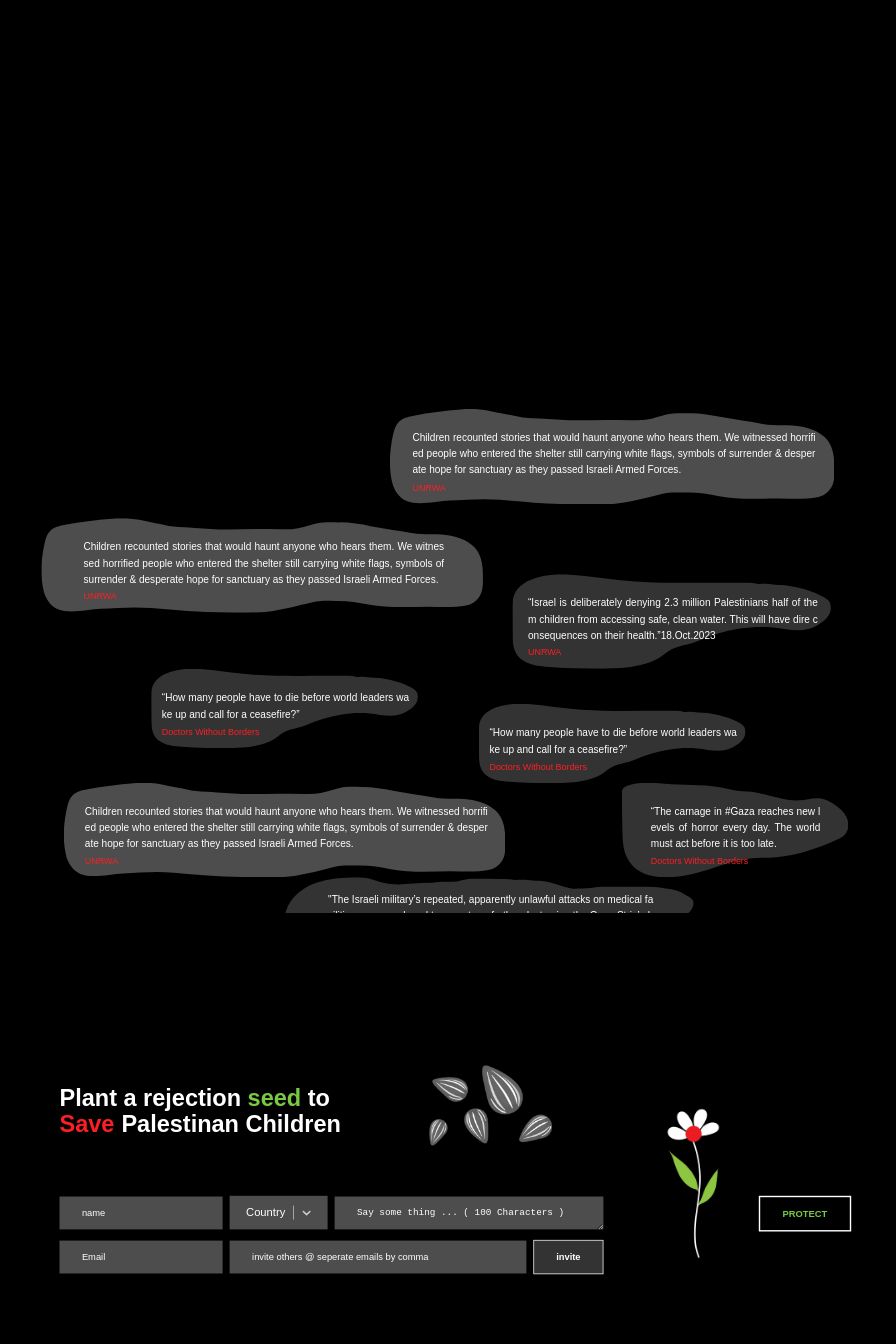
Repository: nezarko/image-drop-app
Page: /
An editor plug-in stored every save of this project. The page is shown before and after a run of saves, followed by the edit.
The browser window is 1280 px wide. The pictures show the part of the page from y = 1736 to 3656 px (the page is 3656 px tall before and 2020 px after), at 70% of full size.
The page's requests for data from a server got no answer. Some web fonts or font styles are not loaded; a fallback is used. The project was rebuilt for these pictures with package versions that can differ from the ones it lists, and the page was loaded fresh each time. No one was signed in, and anything a server would have sent is missing. Also part of the build but not shown: vite.config.js, src/Common/Store.js, src/assets/css/image.css, src/Components/Image.jsx, src/dataBase/config.js, src/Components/Section.js.

Above is the page before, as saved 2023-11-28 03:21:55.

### index.html
<!DOCTYPE html>
<html lang="en">

<head>
  <meta charset="utf-8" />
  <link rel="icon" href="favicon.ico" />
  <meta name="viewport" content="width=device-width, initial-scale=1" />
  <meta name="theme-color" content="#000000" />
  <meta name="description" content="Web site created using create-react-app" />
  <link rel="apple-touch-icon" href="logo192.png" />
  <!--
      manifest.json provides metadata used when your web app is installed on a
      user's mobile device or desktop. See https://developers.google.com/web/fundamentals/web-app-manifest/
    -->
  <!-- <link rel="manifest" href="%PUBLIC_URL%/manifest.json" /> -->

  <!-- <link rel="stylesheet" href="%PUBLIC_URL%/locomotive-scroll.css"> -->
  <!--
      Notice the use of %PUBLIC_URL% in the tags above.
      It will be replaced with the URL of the `public` folder during the build.
      Only files inside the `public` folder can be referenced from the HTML.

      Unlike "/favicon.ico" or "favicon.ico", "%PUBLIC_URL%/favicon.ico" will
      work correctly both with client-side routing and a non-root public URL.
      Learn how to configure a non-root public URL by running `npm run build`.
    -->
  <title>React App</title>
</head>

<body>
  <noscript>You need to enable JavaScript to run this app.</noscript>
  <div id="root"></div>
  <!--
      This HTML file is a template.
      If you open it directly in the browser, you will see an empty page.

      You can add webfonts, meta tags, or analytics to this file.
      The build step will place the bundled scripts into the <body> tag.

      To begin the development, run `npm start` or `yarn start`.
      To create a production bundle, use `npm run build` or `yarn build`.
    -->

    <script type="module" src="/src/index.jsx"></script>

</body>



</html>

### src/index.jsx
import React from "react";
import ReactDOM from "react-dom/client";
import "./App.css";
import App from "./App";
import reportWebVitals from "./reportWebVitals";

// Globa primtive class injecction : Future feauute , create Dependicy ijection and factory pattren.
String.prototype.wordCount = function () {
  return (this.length && this.split(/\s+\b/).length) || 0;
};



const root = ReactDOM.createRoot(document.getElementById("root"));
root.render(<App />);

// If you want to start measuring performance in your app, pass a function
// to log results (for example: reportWebVitals(console.log))
// or send to an analytics endpoint. Learn more: https://bit.ly/CRA-vitals
reportWebVitals();

### src/App.jsx
import React, { useEffect, useRef, useCallback, useLayoutEffect, useState } from "react";

import "./App.css";
import Section from "./Components/Section";
import DropedSection from "./Components/dropedSection";
import Suspence from "./Components/Suspence";
import { obserCallback, attache_observer, fall } from "./Common/functions";
import { getDocs } from "firebase/firestore";
import { roses } from "../firebase";
import LocomotiveScroll from "locomotive-scroll";
import Header from "./Components/Header";
// import { Comments } from "./Components/Comments";

import Comments from "./Components/Comments";
import Form from "./Components/Form";
/**
 *
 * App map
 *
 * Loading screen
 * Sections > Section > date + Person > Image + info  > tooltip
 * DropSection > Sections > section > Perosn
 *FIXME: change state of section in order to render once
  TODO:  add initial state to app in order to activate susbnce loading component
  TODO: level up state of dropsection and sections ref
  TODO: reomve adding section side effect in order to reduce rendering count
 */

function App() {
  const [init, setInit] = React.useState(false);
  const [sections, setSections] = React.useState([]);
  // dates
  //uw7o1b7pqfohc7sewcopqptnnrn93ec66z9tad0g
  const sectionsContainerRef = useRef(null);
  const sectionsRef = useRef([]);

  // initlize app data and states
  useEffect(() => {
    if (init && sectionsRef.current.length === sections.length) {

      const { height: _s_h } = sectionsContainerRef.current.getBoundingClientRect();
      const observer = new IntersectionObserver(obserCallback, {
        threshold: 0.9,
        // root:sectionsContainerRef.current,
        // rootMargin: "0px 0px -300px 0px",
      });


      // section distance from its postion to bottom of its parrent =
      // distance from top - parent section height ;



      sectionsRef.current.forEach((section) => {
        attache_observer(section, observer);
        const { top  , height} = section.getBoundingClientRect();

        const _f = top > _s_h ? "100vh" :( _s_h - top) + 'px';
        section.style.setProperty("--fall-distance", _f);
      });

      const lscrol = new LocomotiveScroll();

    }
  }, [init]);

  useEffect(() => {
    //FIXME: delete this side effect ;
    async function f() {
      const $docs = await getDocs(roses);
      const $data = new Promise((resolve) => {
        let a = $docs.docs
          .map((doc) => {
            const { date, numberOfRoses, ...$doc } = doc.data();
            return {
              date: date,
              numberOfRoses: numberOfRoses,
              dataPerson: $doc,
            };
          })
          .sort((a, b) => {
            const dateA = new Date(a.date);
            const dateB = new Date(b.date);

            return dateA - dateB;
          });

        resolve(a);
      }).then((r) => {
        let s = r.splice(1 , r.lenght - 3)
        setSections(r)
      });
    }
    f();


  }, []);

  useEffect(() => {
    if (sections.length) {

      setInit(true);


    }
  }, [sections]);
  //TODO: CREATE INITLIZE STATE FOR THE APP, get to kno when app is ready
  //TODO: observe each section when its in view port fall person
  // when all section flowers had fallen applay animation to drop section
  // Issue, Queue each section

  useEffect(() => {
    console.log('component mountrd')

    return  () => console.log("App unmounted")
  },[init , sections])
  return (
    <div className="App">
      <Header />
      <Suspence show={!init} />

      <div
        className="sections"
        ref={sectionsContainerRef}
        style={{
          "--parent-sections-h": 1,
        }}
      >
        {init &&
          sections.map((section, index) => (
            <Section
              key={crypto.randomUUID()}
              ref={(el) => (sectionsRef.current[index] = el)}
              sectionIndex={index}
              section={section}
              height={(100 + section.dataPerson.roses.length) * 1.2}
              // data-scroll
              // data-scroll-speed="0.3"
              // data-scroll-call="scrollEvent"
              // data-scroll-ofsset="200px , 0"
            />
          ))}

      </div>
      <DropedSection sections={sections} />
      <Comments />
        <Form />
    </div>
  );
}

export default App;

// Nizar phone : 0597265683

// Nizar email :  n.ediesat@storyme.info

### src/assets/css/utils.css
.col-11 {
    width: 100%;
}

.col-10 {
    width: 90%;
}

.col-9 {
    width: 80%;
}

.col-8 {
    width: 70%;
}

.col-7 {
    width: 60%;
}


.col-6 {
    width: 50%;
}

.col-5 {
    width: 40%;
}

.col-4 {
    width: 30%;
}

.col-3 {
    width: 20%;
}

.col-2 {
    width: 10%;
}

.col-1 {
    width: 1%;
}

.offset-5 {
    margin-left: 50%;
}

.offset-4 {
    margin-left: 40%;
}


.offset-3 {
    margin-left: 30%;
}

.offset-1 {
    margin-left: 5%;
}

.offset-2 {
    margin-left: 10%;
}

.pull-1 {
    margin-right: 5%;
}

.pull-2 {
    margin-right: 10%;
}

.pull-3 {
    margin-right: 15%;
}

.flex {
    display: flex;
}

.items-end {
    justify-content: flex-end;
}

.ml-auto {
    margin-left: auto;
}

.pr-10 {
    padding-right: 10%;
}

.text-green-400{
    color:#7ac943;
}

.text-red-400{
    color: #ff1e25;
}
.gray-300{
 background-color: #4d4d4d;
}
/* Globals */

img{
    max-width: 100%;
    display: block;
    margin: 0 auto;
    height: auto;
}

/* Flex */

.align-baseline{
    align-items: baseline;
}

.justify-space-between{
    justify-content: space-between  ;
}

.justify-start {
    justify-content: flex-start;
}
.align-center {
    align-items: center;
}

.items-align-center{
    align-items: center;
}
.items-align-start{
    align-items: start;
}
.mb-5{
    margin-bottom: 15px;
}


.relative{
    position: relative;
}

### src/Components/Suspence.jsx
const Suspence = ({ show }) => {
  return (
    <>
      {show && (
        <div className="suscpence">
          <h3>Loading</h3>
        </div>
      )}
    </>
  );
};

export default Suspence;

### src/Components/Header.jsx
import React, { useRef } from 'react';
import '../assets/css/Header.css';
import logo from '../assets/imags/oo.png'

import scrollimg from "../assets/imags/scro.png";
import LocomotiveScroll from 'locomotive-scroll';
function Header() {

  // const loco = useRef(new LocomotiveScroll())
  // function s(target , o = {}) {
  //    loco.current.scrollTo(target , o)
  // }

  //   const scrollToBottom = () => {
  //     // Scroll to the bottom of the page
  //     window.scrollTo({ top: document.body.scrollHeight, behavior: "smooth" });
  //   };


  return (
    <div className="header">
      <div className="flower-container">
        <img src={logo} alt="flower" className="flower-image" />

        <img
          src={scrollimg}
          alt="flower"
          style={{marginTop:"250px",height:"80px",marginBottom:"40px"}}
          className="flower-image2"
        />
      </div>
    </div>
  );
}

export default Header;

### src/Components/Form.jsx
import "../assets/css/form.css";
import seeds from "../assets/imags/formseeds.png";
import f from "../assets/imags/formf.png";
import { useEffect, useState } from "react";
import Select from "react-select";

const Form = () => {
  const [countries, setCountries] = useState([]);
  const [formData, setFormData] = useState({
    name: null,
    email: null,
    contrycode: null,
    message: null,
    friend_mail_1: null,
    friend_mail_2: null,
    friend_mail_3: null,
  });
  const stylesSelect = {
    control: (styles) => ({
      ...styles,
      backgroundColor: "#4d4d4d",
      border: "none",
      padding: "6px 12px",
      borderRadius: 0,
      color: "white",
    }),
    input: (styles) => ({
      ...styles,
      // backgroundColor: "#4d4d4d",
      color: "white",
    }),
    placeholder: (styles) => ({
      ...styles,
      color: "white",
    }),
    option: (styles, { isSelected }) => ({
      backgroundColor: "#4d4d4d",
      color: isSelected ? "red" : "white",
      padding: "10px",
      overflowY: "scroll",
    }),
    singleValue: (styles) => ({
      ...styles,
      color: "white",
    }),
    menu: (styles) => ({
      ...styles,
      overflowY: "scroll",
      backgroundColor: "none",
    }),
  };
  useEffect(() => {
    async function c() {
      const respons = await fetch(
        "https://api.eveschildren48.com/country/read"
      );
      let data = await respons.json();
      console.log(data);
      data = data.records.map((r) => ({
        value: r.countrycode,
        label: r.countryname,
      }));

      setCountries(data);
    }

    c();
  }, []);

  const handleSubmit = e => {
    e.preventDefault();
    let f = new FormData(e.target);

    // prepare statment

    for (const [key, value] of f.entries()) {

      console.log(key, value)

      if (key === 'invite') {
        let a = split_invites(value)
           console.log(a)
      }
    }
    // console.log(f)
  }

  function split_invites(invites = '') {
     if(invites === '' || invites === " ") throw new Error("Invites empty")
    // convert string to array by splice array by comma

    invites = invites.split(',')

    return invites

  }
  return (
    <>
      <div className="form-container">
        <div className="form-wrapper">
          <div className="form-header">
            <div className="content">
              <div className="col-6">
                <h3 className="font-code-new-roman">
                  Plant a rejection <span className="text-green-400">seed</span>{" "}
                  to <span className="text-red-400">Save</span>
                  Palestinan Children
                </h3>
              </div>
              <div className="col-3 f-h-img">
                <img src={seeds} alt="seeds" />
              </div>
            </div>
          </div>
          <div className="form-body">
            <form id="form" onSubmit={handleSubmit}>
              <div className="relative row flex items-align-start justify-space-between">
                <div className="col-8">
                  <div className="form-group grid-1 mb-5">
                    <input
                      type="text"
                      placeholder="name"
                      className="form-control gray-300"
                      name="name"
                    />
                    <Select
                      options={countries}
                      styles={stylesSelect}
                      placeholder="Country"
                      name="contrycode"
                    />

                    <textarea
                      className="gray-300"
                      name="message"
                      id=""
                      cols="42"
                      rows="1"
                      placeholder="Say some thing ... ( 100 Characters )"
                    ></textarea>
                  </div>
                  <div className="form-group grid-2">
                    <input
                      className="gray-300"
                      type="email"
                      placeholder="Email"
                      name="email"
                    />
                    <input
                      className="gray-300"
                      type="text"
                      placeholder="invite others @ seperate emails by comma"
                      title="Sperate emails by comma , example : mail@example.com,second@mail.com"
                      name="invite"
                    />
                    <button className="btn">invite</button>
                  </div>
                </div>
                <div className="col-2 f">
                  <img src={f} alt="" />
                </div>
                <div className="col-2">
                  <button type="submit" className="btn-green text-green-400">
                    protect
                  </button>
                </div>
              </div>
            </form>
          </div>
        </div>
      </div>
    </>
  );
};

export default Form;

### src/assets/css/header.css
.header {
    width: 85%;
    height: 700px;
    margin-top: 200px;
    font-size: 140px;
    font-family:  'Arial Narrow', Arial, sans-serif;
    position: relative;
    z-index: 5;
  }

  .flower-container {
    position: absolute;
    top: 40%;
    left: 50%;
    transform: translate(-50%, -50%);
    flex-direction: column;
    display: flex;
    align-items: center; /* Center vertically */
    justify-content: space-between;
  }

### src/assets/css/khc.css
/* // XX-Large devices (larger desktops, 1400px and up) */
/* @media (min-width: 1400px) {
    .comment-container{
        width: 1400px;
    }
} */
.Cwrapper{
    position: relative;
    width: 100%;
    overflow: hidden;

}
.comment-container{
    width: 1170px;
    margin: 0 auto;
    height: 100vh;
    background-color: rgb(0, 0, 0);
    color: white;
    position: relative;
    margin-top: 300px;
}

.divide{
    position: absolute;
    top:38px;
    width: 100%;
    z-index: 11111;

}
.divide img{
object-fit: cover;
}

.comment {
    position: relative;
    width: 100%;
    /* height: 150px; */
}
.comment{
    display: flex;
    /* align-items: start; */
    flex-direction: column;
    justify-content: flex-start;
    padding: 1rem 3rem;
}
.comment::before {
    content: '';
    position: absolute;
    width: 100%;
    height: 100%;
    top: 0;
    left: 0;
    background-position: top center;
    background-size: contain;
    background-repeat: no-repeat;
    z-index: 1;
}
.comment > p {
  position: relative;
  z-index: 2;
  text-wrap: wrap;
  word-break: break-all;
  font-size: .9rem;
  line-height: 1.6;
  width: 100%;
  text-align: justify;
  margin-bottom: 5px;
  padding-right: 2%;
  padding-left: 3%;
}

.comment > p >p:first-child{
    margin: 0;
}
.commatnable {
    --red-2: #ff1e25;
    --red-1: #fc0101;
    position: relative;
    z-index: 1111;
    align-self: flex-start;
    font-size: .8rem;
    padding-right: 2%;
        padding-left: 3%;
}
.b1::before {
    background-image: url('../imags/CommentBubble_01.svg');
}


.b2::before {
    background-image: url('../imags/CommentBubble_02.svg');
}

.b3::before {
    background-image: url('../imags/CommentBubble_03.svg');
}

.b4::before {
    background-image: url('../imags/CommentBubble_04.svg');
}

.b5::before {
    background-image: url('../imags/CommentBubble_05.svg');
}

.b6::before {
    background-image: url('../imags/CommentBubble_06.svg');
}

.b7::before {
    background-image: url('../imags/CommentBubble_07.svg');
}

.b8::before {
    background-image: url('../imags/CommentBubble_08.svg');
}

/* @media (min-width: 1400px) {
    .comment-container{
        width: 1400px;
    }
} */

### src/assets/css/form.css
.form-container {
    width: 1170px;
    position: relative;
    overflow: hidden;
    padding: 100px 30px;
}

.form-header {
    width: 100%;
    position: relative;
    padding-top: 10%;
    margin-bottom: 50px;
}

.form-header * {
    font-family: var(--code-new-roman);

}

.form-header .content {
    text-align: left;
    display: flex;
    justify-content: flex-start;
    align-items: center;
}



.form-header .content h3 {
    font-size: 2.1rem;
}

.form-header .content h3 span:nth-child(2) {
    /* display: inline-block; */
    margin-right: 10px;
}

.f-h-img {
    position: absolute;
    right: 35%;
}

.form-group .form-control,
.form-group input[type="text"],input,
textarea,
select {
    border: none;
    padding: 1rem 2rem;
    color: white;
}

input::placeholder,
textarea::placeholder {
    color: white;
}

input:focus,
textarea:focus {
    border: none;
    outline-color: #ff1e25;
    outline-offset: 0;
}


.btn {
    background-color: #333;
    border: 1px solid white;
    color: white;
    font-weight: 700;
    padding: 1rem 2rem;
}
.btn-green{
    border: 2px solid white;
    font-weight: 800;
    text-transform: uppercase;
    padding: 1rem 2rem;
    background-color: #000;
}
.grid-1,
.grid-2 {
    display: grid;
    grid-gap: 10px;
    align-items: center;
    justify-content: start;
    align-content: center;
}

.grid-1 {
    grid-template-columns: 30% 18% auto;
    grid-template-rows: auto;
}

.grid-2 {
    grid-template-columns: 30% 54.5% auto;
    grid-template-rows: auto
}
.f{
    position: absolute;
    top: -140px;right: 140px;;
}

Loaded but not shown: src/reportWebVitals.js (common file); src/Common/functions.js (162 lines, source omitted); src/Components/dropedSection.js (37 lines, source omitted); firebase.js (17 lines, source omitted); src/App.css (328 lines, source omitted); src/Components/Comments.jsx (138 lines, source omitted)

After the next 2 saves:
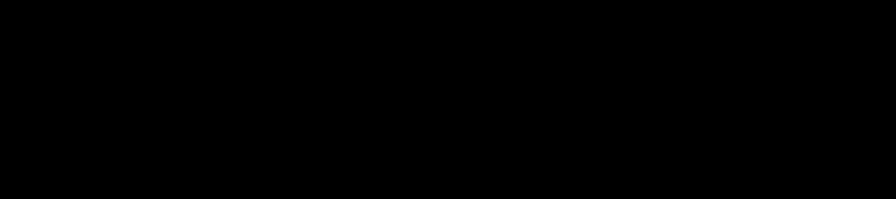
The 2 saves are shown as one change because they came seconds apart.
The last was saved 2 min 18 s later.
--- a/src/App.jsx
+++ b/src/App.jsx
@@ -143,8 +143,8 @@
 
       </div>
       <DropedSection sections={sections} />
-      <Comments />
-        <Form />
+      {/* <Comments /> */}
+        {/* <Form /> */}
     </div>
   );
 }

After the 3 saves that followed:
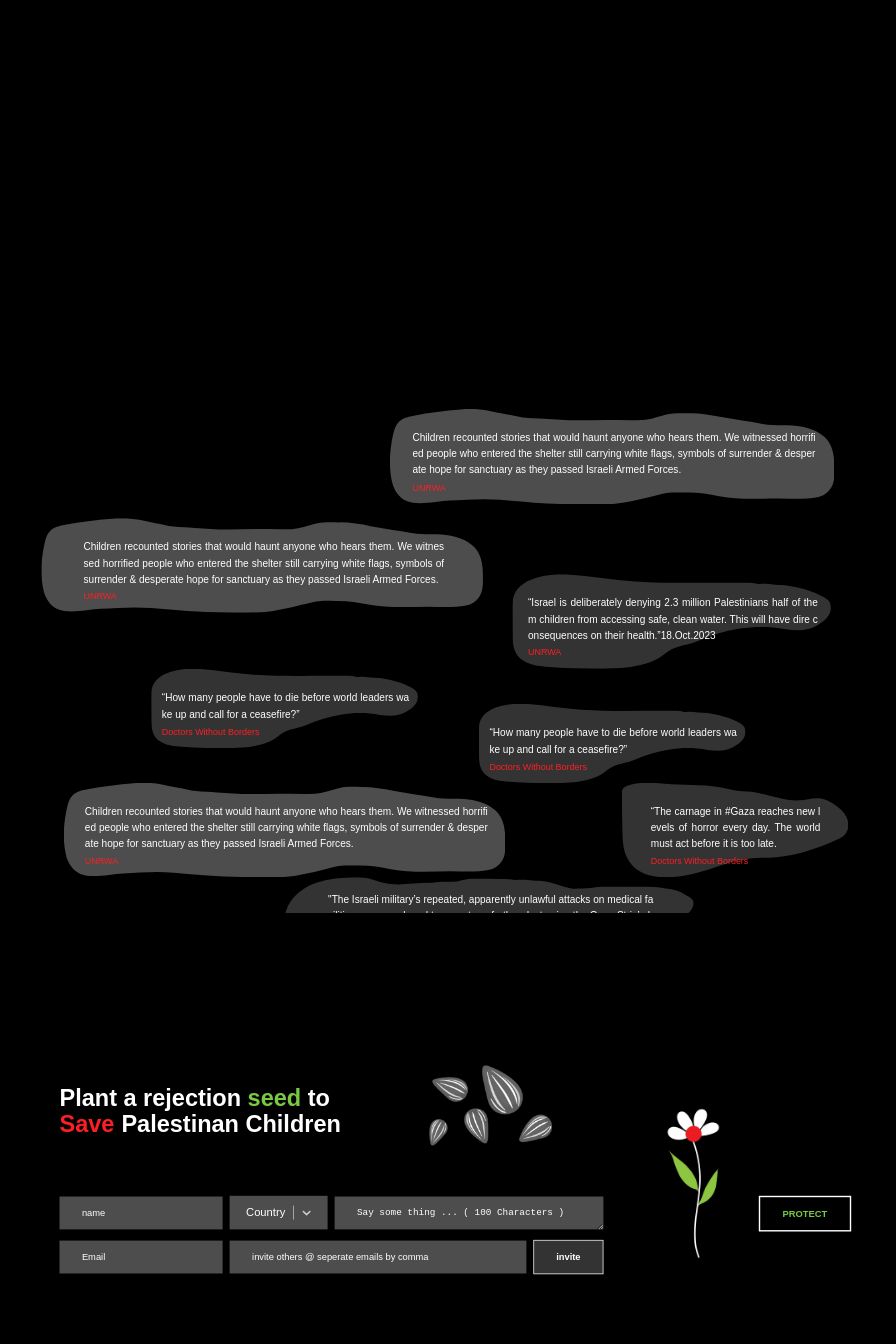
The 3 saves are shown as one change because they came seconds apart.
The last was saved 7 min 38 s later.
--- a/src/App.jsx
+++ b/src/App.jsx
@@ -1,4 +1,10 @@
-import React, { useEffect, useRef, useCallback, useLayoutEffect, useState } from "react";
+import React, {
+  useEffect,
+  useRef,
+  useCallback,
+  useLayoutEffect,
+  useState,
+} from "react";
 
 import "./App.css";
 import Section from "./Components/Section";
@@ -37,30 +43,26 @@
   // initlize app data and states
   useEffect(() => {
     if (init && sectionsRef.current.length === sections.length) {
-
-      const { height: _s_h } = sectionsContainerRef.current.getBoundingClientRect();
+      const { height: _s_h } =
+        sectionsContainerRef.current.getBoundingClientRect();
       const observer = new IntersectionObserver(obserCallback, {
         threshold: 0.9,
         // root:sectionsContainerRef.current,
         // rootMargin: "0px 0px -300px 0px",
       });
 
-
       // section distance from its postion to bottom of its parrent =
       // distance from top - parent section height ;
 
-
-
       sectionsRef.current.forEach((section) => {
         attache_observer(section, observer);
-        const { top  , height} = section.getBoundingClientRect();
+        const { top, height } = section.getBoundingClientRect();
 
-        const _f = top > _s_h ? "100vh" :( _s_h - top) + 'px';
+        const _f = top > _s_h ? "100vh" : _s_h - top + "px";
         section.style.setProperty("--fall-distance", _f);
       });
 
       const lscrol = new LocomotiveScroll();
-
     }
   }, [init]);
 
@@ -87,21 +89,16 @@
 
         resolve(a);
       }).then((r) => {
-        let s = r.splice(1 , r.lenght - 3)
-        setSections(r)
+        let s = r.splice(1, r.lenght - 3);
+        setSections(r);
       });
     }
     f();
-
-
   }, []);
 
   useEffect(() => {
     if (sections.length) {
-
       setInit(true);
-
-
     }
   }, [sections]);
   //TODO: CREATE INITLIZE STATE FOR THE APP, get to kno when app is ready
@@ -110,10 +107,10 @@
   // Issue, Queue each section
 
   useEffect(() => {
-    console.log('component mountrd')
+    console.log("component mountrd");
 
-    return  () => console.log("App unmounted")
-  },[init , sections])
+    return () => console.log("App unmounted");
+  }, [init, sections]);
   return (
     <div className="App">
       <Header />
@@ -140,11 +137,10 @@
               // data-scroll-ofsset="200px , 0"
             />
           ))}
-
       </div>
       <DropedSection sections={sections} />
-      {/* <Comments /> */}
-        {/* <Form /> */}
+      <Comments />
+      <Form />
     </div>
   );
 }
